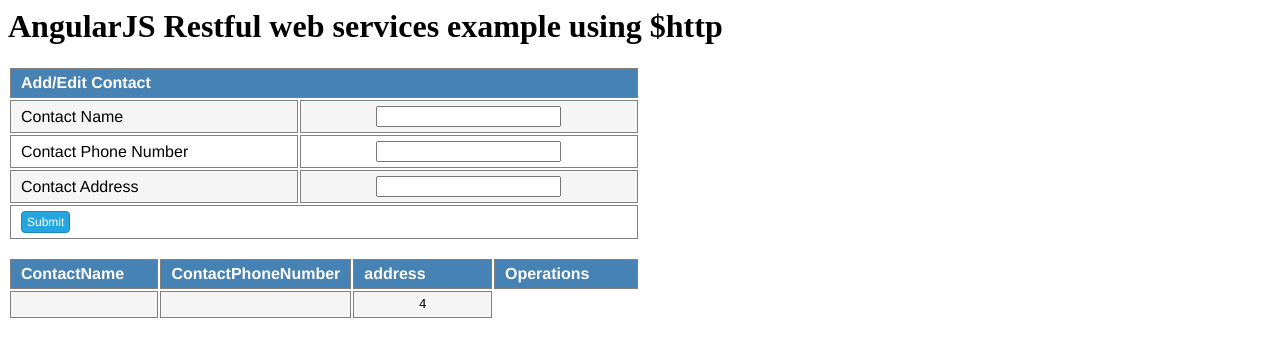
Repository: nagayyaguddadmath/JavaSimpleProjects
Page: simplephonebook/src/main/webapp/CRUDContacts.html
These files come from the project's save history. The page is drawn as it stood at one moment and after the next save; the edit follows.
The browser window is 1280 px wide. The pictures show the whole page.
The page's requests for data from a server got no answer.

Above is the page before, as saved 2017-10-22 11:04:12.

### simplephonebook/src/main/webapp/CRUDContacts.html

<html  ng-app="manage">
  <head>


    <title>AngularJS $http Rest example</title>

    <script src="angular.min.js"></script>
	<script src="contact.js"></script>


        <style>

       .blue-button{
     background: #25A6E1;
     filter: progid: DXImageTransform.Microsoft.gradient( startColorstr='#25A6E1',endColorstr='#188BC0',GradientType=0);
     padding:3px 5px;
     color:#fff;
     font-family:'Helvetica Neue',sans-serif;
     font-size:12px;
     border-radius:2px;
     -moz-border-radius:2px;
     -webkit-border-radius:4px;
     border:1px solid #1A87B9
           }

       .red-button{
    background: #CD5C5C;

    padding:3px 5px;
    color:#fff;
    font-family:'Helvetica Neue',sans-serif;
    font-size:12px;
    border-radius:2px;
    -moz-border-radius:2px;
    -webkit-border-radius:4px;
    border:1px solid #CD5C5C
           }

       table {
           font-family: "Helvetica Neue", Helvetica, sans-serif;
           width: 50%;
       }

       caption {
           text-align: left;
           color: silver;
           font-weight: bold;
           text-transform: uppercase;
           padding: 5px;
       }

       th {
           background: SteelBlue;
           color: white;
       }


       tbody tr:nth-child(even) {
           background: WhiteSmoke;
       }

       tbody tr td:nth-child(2) {
           text-align:center;
       }

       tbody tr td:nth-child(3),
       tbody tr td:nth-child(4) {
           text-align: center;
           font-family: monospace;
       }

       tfoot {
           background: SeaGreen;
           color: white;
           text-align: right;
       }

       tfoot tr th:last-child {
           font-family: monospace;
       }

       td,th{
            border: 1px solid gray;
            width: 25%;
            text-align: left;
            padding: 5px 10px;
        }



        </style>
    <head>
    <body>
         <h1>
           AngularJS Restful web services example using $http
        </h1>
		        <div ng-controller="ContactController">

        <form ng-submit="submitContact()">
            <table>

                <tr>
                    <th colspan="2">Add/Edit Contact</th>
                 </tr>
                <tr>
                    <td>Contact Name</td>
                    <td><input type="text" ng-model="contactForm.name" /></td>
                </tr>
                <tr>
                    <td>Contact Phone Number</td>
                    <td><input type="text" ng-model="contactForm.phone_number"  /></td>
                </tr>
                <tr>
                    <td>Contact Address</td>
                    <td><input type="text" ng-model="contactForm.address"  /></td>
                </tr>
                <tr>
                    <td colspan="2"><input type="submit" value="Submit" class="blue-button" /></td>
                </tr>
            </table>
        </form>
        <table>
            <tr>

                <th>ContactName</th>
                <th>ContactPhoneNumber</th>
				<th>address</th>
                <th>Operations       </th>

            </tr>

            <tr ng-repeat="contact in contacts">

				<td> {{ contact.name }}</td>
				<td >{{ contact.phone_number }}</td>
				<td >{{ contact.address }}</td>

                <td><a ng-click="editContact(contact)" class="blue-button">Edit</a> | <a ng-click="deleteContact(contact)" class="red-button">Delete</a></td>
            </tr>

            <tr>

				<td> {{ testname }}</td>
				<td >{{ testphone_number }}</td>
				<td >{{2+2}}</td>

            </tr>

        </table>
         </div>



  </body>
</html>

### simplephonebook/src/main/webapp/contact.js


  var app = angular.module("manage", []);

            //Controller Part
            app.controller("ContactController", function($scope, $http) {


                $scope.contacts = [];
                $scope.contactForm = {
                    id : -1,
                    name : "",
                    phone_number : "",
                    address : ""
                };


			_refreshcontactData();



			 $scope.submitContact = function() {
					alert("SUbmitting");
                    var method = "";
                    var url = "";
                    if ($scope.contactForm.id == -1) {
                        method = "POST";
                        url = 'http://localhost:8080/addContact';
                    } else {
                        method = "POST";
                        url = 'http://localhost:8080/addContact';
                    }

                    $http({
                        method : method,
                        url : url,
                        data : angular.toJson($scope.contactForm),
                        headers : {
                            'Content-Type' : 'application/json'
                        }
                    }).then( _success, _error );
                };

                //HTTP DELETE- delete contact by Id
                $scope.deleteContact = function(contact) {
                    $http({
                        method : 'POST',
                        url : 'http://localhost:8080/removeContact'
                    }).then(_success, _error);
                };

             // In case of edit, populate form fields and assign form.id with contact id
                $scope.editContact = function(contact) {

                    $scope.contactForm.name = contact.name;
                    $scope.contactForm.phone_number = contact.phone_number;
                    $scope.contactForm.address = contact.address;
                    $scope.contactForm.id = contact.id;
                };


				function _refreshcontactData() {
                    $http({
                        method : 'GET',
                        url : 'http://localhost:8080/getAll'
                        //data: ''//,
						//headers: { 'Content-Type': 'application/json' }
                    }).then(function successCallback(response) {
                        $scope.contacts = response.data;
                    }, function errorCallback(response) {
                    	alert(JSON.stringify(response));
                        console.log(response.statusText);
                    });
                }

				function _success(response) {
                	alert(JSON.stringify(response));
                    _refreshcontactData();
                    _clearFormData()
                }

                function _error(response) {
                	alert(JSON.stringify(response));
                    console.log(response.statusText);
                }

                //Clear the form
                function _clearFormData() {
                    $scope.contactForm.id = -1;
                    $scope.contactForm.name = "";
                    $scope.contactForm.phone_number = "";
                    $scope.contactForm.address = "";

                };

});

Loaded but not shown: simplephonebook/src/main/webapp/angular.min.js (library)

After the next save:
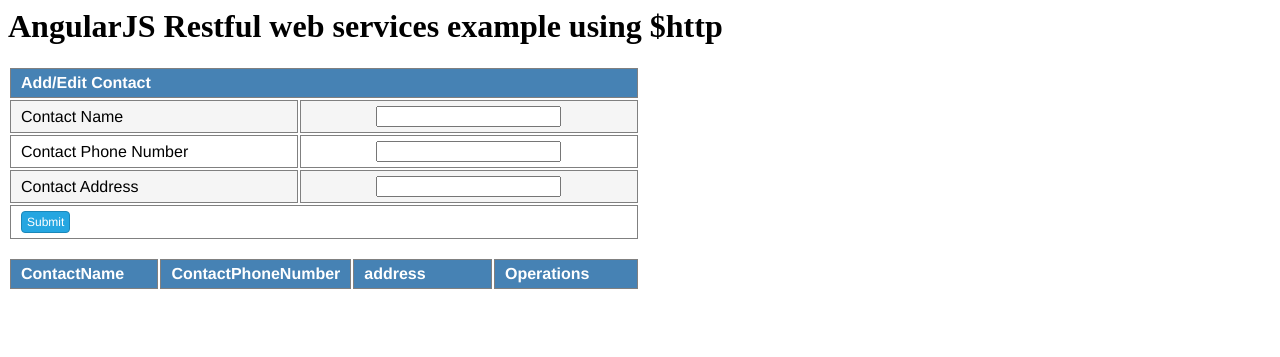
Saved 14 s later.
--- a/simplephonebook/src/main/webapp/CRUDContacts.html
+++ b/simplephonebook/src/main/webapp/CRUDContacts.html
@@ -139,13 +139,6 @@
                 <td><a ng-click="editContact(contact)" class="blue-button">Edit</a> | <a ng-click="deleteContact(contact)" class="red-button">Delete</a></td>
             </tr>
 
-            <tr>
-
-				<td> {{ testname }}</td>
-				<td >{{ testphone_number }}</td>
-				<td >{{2+2}}</td>
-
-            </tr>
 
         </table>
          </div>
